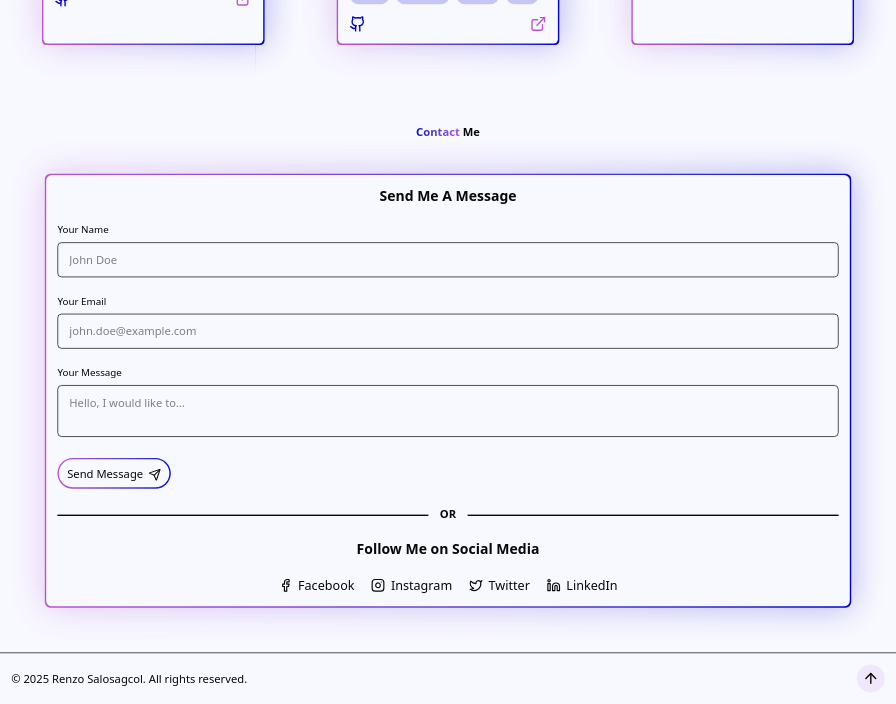
Repository: Renzo-Salosagcol/Updated_Personal_Portfolio
Page: /
An editor plug-in stored every save of this project. The page is shown before and after the next save, followed by the edit.
The browser window is 1280 px wide. The pictures show the part of the page from y = 2553 to 4473 px (the page is 3558 px tall before and 7510 px after), at 70% of full size.
The project was rebuilt for these pictures with package versions that can differ from the ones it lists, and the page was loaded fresh each time. Also part of the build but not shown: vite.config.js, src/pages/NotFound.jsx.

Above is the page before, as saved 2025-11-21 13:24:52.

### index.html
<!doctype html>
<html lang="en">
  <head>
    <meta charset="UTF-8" />
    <link rel="icon" type="image/png" href="/logo_icon.png" />
    <meta name="viewport" content="width=device-width, initial-scale=1.0" />
    <title>Renzo Salosagcol Portfolio</title>
  </head>
  <body>
    <div id="root"></div>
    <script type="module" src="/src/main.jsx"></script>
  </body>
</html>

### src/index.css
@import "tailwindcss";

@theme {
  --color-background: var(--background);
  --color-foreground: var(--foreground);

  --color-primary: var(--primary);
  --color-secondary: var(--secondary);

  --animate-fade-in: fade-in 1s ease-in forwards;
}

@layer base {
  /* Light Theme */
  :root {
    --background: #f8f8ff; /* Ghost White */
    --foreground: #080808; /* Vampire Black */

    --primary: #0000cd; /* Medium Blue */
    --secondary: #ba55d3; /* Medium Orchid */
  }

  /* Dark Theme */
  .dark {
    --background: #080808; /* Vampire Black */
    --foreground: #f8f8ff; /* Ghost White */

    --primary: #ff0800; /* Candy Apple Red */
    --secondary: #fefc22; /* Laser Lemon */
  }

  html {
    @apply scroll-smooth;
  }

  body {
    @apply bg-background text-foreground transition-colors duration-300;
  }
}

@property --gradient-angle {
  syntax: "<angle>";
  initial-value: 0deg;
  inherits: false;
}

@keyframes spin {
  from {
    --gradient-angle: 0deg;
  }
  to {
    --gradient-angle: 360deg;
  }
}

@keyframes fade-in {
  0% {
    opacity: 0;
    transform: translateY(20px);
  }
  100% {
    opacity: 1;
    transform: translateY(0);
  }
}

@utility container {
  margin-inline: auto;
  padding-inline: 1rem;
}

@utility gradient-card {
  @apply relative mx-auto flex h-full w-full max-w-fit items-center justify-center
  rounded-md bg-linear-to-l from-primary to-secondary p-0.5 before:gradient-card-shadow;
}

@utility gradient-card-inner {
  @apply relative h-full w-full overflow-hidden p-4 bg-background rounded-[inherit];
}

@utility gradient-card-shadow {
  @apply absolute top-1/2 left-1/2 -z-1 h-full w-full -translate-x-1/2 -translate-y-1/2 rounded-md
  bg-linear-to-l from-primary to-secondary p-4;
  filter: blur(1.5rem);
  opacity: 0.3;
}

@utility gradient-button {
  @apply relative h-full w-full max-w-fit p-0.5 items-center justify-center
  bg-linear-to-l from-primary to-secondary rounded-full;
}

@utility gradient-button-inner {
  @apply relative h-full w-full p-1 rounded-[inherit] bg-background;
}

@utility gradient-text {
  @apply text-transparent bg-clip-text bg-gradient-to-r from-primary to-secondary transition-colors duration-300;
}

@utility gradient-icon {
  @apply bg-gradient-to-r from-primary to-secondary text-transparent;
}

@utility glassmorphism {
  @apply bg-background/30 backdrop-blur-lg
}

### src/App.jsx
import { BrowserRouter, Routes, Route } from "react-router-dom"
import { Home } from "./pages/Home"
import { NotFound } from "./pages/NotFound"

function App() {
  return (
    <BrowserRouter>
      <Routes>
        <Route path="/" element={<Home />} />
        <Route path="*" element={<NotFound />} />
      </Routes>
    </BrowserRouter>
  )
}

export default App

### src/pages/Home.jsx
import { Background } from "../components/Background"
import { Navbar } from "../components/Navbar"
import { Hero } from "../components/Hero"
import { About } from "../components/About"
import { Projects } from "../components/Projects"
import { Contact } from "../components/Contact"
import { Footer } from "../components/Footer"

export const Home = () => {
  return (
    <div id="home" className="w-full h-screen">
      {/* Background */}
      <Background />


      {/* Navbar */}
      <Navbar />

      {/* Main */}
      <Hero />
      <About />
      <Projects />
      <Contact />

      {/* Footer */}
      <Footer />
    </div>
  )
}

### src/components/Background.jsx


export const Background = () => {
  return (
    <div className="fixed inset-0 overflow-hidden pointer-events-none -z-40 bg-background w-screen h-screen">
    </div>
  )
}

### src/components/Navbar.jsx
import { ThemeToggle } from './ThemeToggle'

const items = [
  { name: 'Home', href: '#home' },
  { name: 'About', href: '#about' },
  { name: 'Projects', href: '#projects' },
  { name: 'Contact', href: '#contact' },
]

export const Navbar = () => {
  return (
    <nav className="fixed top-0 left-0 w-full p-1 flex items-center justify-between glassmorphism z-40 text-sm md:text-md text-foreground">
      <a href="#home" className="p-2"><span className="gradient-text">Renzo Salosagcol</span> Portfolio</a>
      <ul className="flex gap-6 p-2">
        {items.map(item => (
          <li key={item.name}
            className="hover:gradient-text transition-all duration-300 relative hover:gradient-card">
            <a href={item.href}>{item.name}</a>
          </li>
        ))}
        <li><ThemeToggle /></li>
      </ul>
    </nav>
  )
}

### src/components/Hero.jsx

export const Hero = () => {
  return (
    <main className="relative min-h-screen flex items-center justify-center max-w-10/12 rounded-md container z-0">
      <div className="gradient-card opacity-0 animate-fade-in">
        <div className="gradient-card-inner flex flex-cols md:flex-rows items-center gap-6 rounded-md bg-background">
          <div className="container flex flex-col gap-1">
            <h1 className="text-lg md:text-xl lg:text-2xl">
              <span className="gradient-text">Hello! </span>
              My Name is
              <span className="gradient-text"> Renzo Salosagcol</span>
            </h1>
            <h1 className="text-lg md:text-xl lg:text-2xl">I am a <span className="gradient-text">Full-Stack Web Developer</span></h1>
            <h3 className="w-md md:w-lg lg:w-xl text-sm">
              <span className="font-bold">Problem solving</span> and
              <span className="font-bold"> critical thinking </span>
              are some of my favorite and most rewarding activities. Coding is a way for me to express my creativity and bring ideas to life while consistently approaching and adapting to new challenges.
            </h3>
            <h3 className="w-md md:w-lg lg:w-xl text-sm">Want to learn more about me?
              <span className="gradient-text"> Click on the button</span> below or
              <span className="gradient-text"> keep scrolling</span> to learn more!
            </h3>
            <a
              href="#about"
              className="mt-4 inline-block text-center active:scale-[1.05]"
            >
              <button className="gradient-button cursor-pointer">
                <div className="gradient-button-inner hover:gradient-text active:scale-[1.05] active:bg-background">
                  <h5 className="text-foreground p-2 py-1 hover:text-background">Learn more...</h5>
                </div>
              </button>
            </a>
          </div>
          <div>
            <img
            src="../../headshot.jpeg"
            alt="Headshot Photo"
            className="rounded-md w-64 h-64 object-cover"
            />
          </div>
      </div>
      </div>
    </main>
  )
}

### src/components/About.jsx
import { GraduationCap, Briefcase, User } from "lucide-react"

const categories = [
  {
    name: "Education",
    icon: GraduationCap,
    experiences: [{
      location: "California State University, Fullerton",
      role: "Bachelor of Science in Computer Science",
      period: "2023 - 2025",
      description: "Pursued a Bachelor's degree in Computer Science with a focus on Full-Stack Web Development. " +
      "Graduated in May 2025 with a strong foundation in software development principles and practices.",
    },
    {
      location: "Orange Coast College",
      role: "Transfer to CSU Fullerton for Computer Science",
      period: "2019 - 2023",
      description: "Began my college journey in 2019 as a Nursing Major before switching to Computer Science in 2021. " +
      "Completed my general education courses and major prerequisites to transfer to CSU Fullerton.",
    }]
  },
  {
    name: "Work Experience",
    icon: Briefcase,
    experiences: [ {
      location: "Gucci, Gucci Americas Inc.",
      role: "Operations Controller",
      period: "2024 - Present",
      description: "Oversees stockroom accuracy & inventory integrity. " +
      "Executes shipping, receiving, transfers, repairs, damages. " +
      "Conducts cycle counts; reconciles variances promptly. " +
      "Maintains compliance docs & security procedures. " +
      "Resolves operational, service & facility issues fast. " +
      "Orders supplies; supports boutique upkeep. " +
      "Champions Gucci values & premium client standards. " +
      "Drives process improvement via cross-team collaboration.",
    },
    {
      location: "EOS Fitness, Fitness Alliance LLC",
      role: "Service Associate",
      period: "2024",
      description: "Creates loyal lifelong member fans; upbeat, welcoming. " +
      "Hosts front desk; greets & directs members/guests. " +
      "Answers inquiries; resolves concerns professionally. " +
      "Processes check-ins, payments, alerts promptly. " +
      "Maintains clean, stocked desk & facility walks. " +
      "Monitors cooler/bar inventory & tracks sales. " +
      "Supports safety protocols & policy compliance. " +
      "Uses MS Office & club systems; multitasks fast. " +
      "Problem-solving, organized, optimistic, team focus. " +
      "Adapts schedule; evenings/weekends/holidays. " +
      "CPR within 30 days; attends mandatory training. " +
      "Lifts 40+ lbs; routine bending; system data entry. " +
      "Enjoys growth perks: free membership + guest. " +
      "Access to training, discounts, referral bonuses. " +
      "Benefits: health, vision, dental, EAP, 401k match.",
    },
    {
      location: "Louis Vuitton, Moët Hennessy Louis Vuitton SE",
      role: "Operations Associate",
      period: "2021 - 2023",
      description: "Secures organized stock, inventory accuracy, flow. " +
      "Supports client service with rapid BOH solutions. " +
      "Handles repairs, after sales & alterations. " +
      "Maintains facilities, systems, compliance, policy. " +
      "Supports financial processes & documentation. " +
      "Ensures adherence to brand standards & procedures. " +
      "Problem-solving, proactive, detail-focused. " +
      "Organized; drives continuous improvement. " +
      "Leverages training; pursues luxury ops career growth. " +
      "Embraces inclusive culture & brand heritage.",
    }]
  }
  // {
  //   name: "Personal",
  //   icon: User,
  //   experiences: [{
  //     location: "Gucci Americas Inc.",
  //     role: "Operations Associate",
  //     period: "2024 - Present",
  //     description: "I have 5 years of experience in software development.",
  //   }]
  // }
]

export const About = () => {
  return (
    <section id="about" className="relative min-h-screen py-12">
      <div className="flex items-center justify-center mb-12">
        <h1 className="font-bold"><span className="gradient-text">About </span> Me</h1>
      </div>
      <div className=" mx-auto max-w-6xl rounded-lg p-4 grid-cols-1 gap-6">
        {categories.map((category, index) => (
          <div className="gradient-card mb-6 animate-fade-in" key={index}>
            <div className="gradient-card-inner container flex flex-cols md:flex-rows rounded-md bg-background gap-6">
              <div>
                <div className="flex flex-row items-left gap-2 mb-2">
                  <category.icon className="" size={30}/>
                  <h2 className="font-bold text-xl gradient-text max-w-fit">{category.name}</h2>
                </div>
                <div>
                  {category.experiences.map((experience, index) => (
                    <div key={index} className="pt-3">
                      <h4 className="items-left font-bold">{experience.location}</h4>
                      <div className="flex flex-row justify-between">
                        <h4 className="font-semibold">{experience.role}</h4>
                        <h4 className="font-semibold">{experience.period}</h4>
                      </div>
                      <p className="">{experience.description}</p>
                    </div>
                  ))}
                </div>
              </div>
            </div>
          </div>
        ))}
      </div>
    </section>
  )
}

### src/components/Projects.jsx
import { GithubIcon, ExternalLink } from "lucide-react"

const project_info = [
  {
    id: 1,
    title: "Guild Table",
    description: "Guild Table is a unified web platform for D&D Dungeon Masters, consolidating character sheets, inventory, maps, notes, and collaborative tools into one interface." + "It provides a synchronized virtual tabletop for all players, simplifying remote session management and organization. " + "Linked notes and map generation streamline preparation and enhance the online play experience.",
    image: "../../dnd_banner.jpg",
    badges: ["Svelte", "TailwindCSS", "MongoDB", "Express"],
    github_link: "https://github.com/keillor/Guild-Table.git",
    external_link: ""
  },
  {
    id: 2,
    title: "Yap Sessions",
    description: "Yap Sessions is a secure, real-time WebSocket chat application for team communication. " +
    "It provides end-to-end encryption (client-side message encryption; only encrypted blobs stored), hashed credential-based login & registration, presence & typing indicators, emojis, file uploads, auto-reconnect with heartbeat/ping, uptime monitoring, and basic rate limiting, backed by Neon (PostgreSQL) and hosted on Render. " +
    "AI assistance was used for error checking, optimization, and styling.",
    image: "../../yap_sessions.jpg",
    badges: ["NextJS", "ExpressJS", "HTML5", "CSS3"],
    github_link: "https://github.com/Renzo-Salosagcol/Web-Socket-Communication.git",
    external_link: "https://web-socket-communication.onrender.com/"
  },
  {
    id: 3,
    title: "Coming Soon",
    description: "Continuous improvement and development of new projects is underway. Stay tuned for exciting updates and releases in the near future!",
    image: "../../coming_soon.jpg",
    badges: [],
    github_link: "",
    external_link: ""
  }
]

export const Projects = () => {
  return (
    <section id="projects" className="relative min-h-screen py-12 flex flex-col justify-center">
      <div className="flex items-center justify-center mb-12">
        <h1 className="font-bold">My <span className="gradient-text">Projects</span></h1>
      </div>
      <div className="px-5 w-full grid grid-cols-1 md:grid-cols-2 lg:grid-cols-3 gap-6">
        {project_info.map((project) => (
          <div key={project.id} className="gradient-card max-w-8/10 h-full">
            <div className="gradient-card-inner">
              <img src={project.image} alt={project.title} className="aspect-2/1 object-cover mb-4 rounded-[inherit]" />
              <h2 className="font-bold text-xl mb-2">{project.title}</h2>
              <p className="text-muted-foreground mb-4">{project.description}</p>
              <div className="flex flex-wrap gap-2 mb-4">
                {project.badges.map((badge, index) => (
                  <span key={index} className="bg-primary/20 text-primary px-2 py-1 rounded-full text-sm">{badge}</span>
                ))}
              </div>
              <div className="flex items-center justify-between">
                <a href={project.github_link} target="_blank" rel="noopener noreferrer" className="text-primary hover:underline transition-colors duration-300"><GithubIcon /></a>
                <a href={project.external_link} target="_blank" rel="noopener noreferrer" className="text-secondary hover:underline transition-colors duration-300"><ExternalLink /></a>
              </div>
            </div>
          </div>
        ))}
      </div>
    </section>
  )
}

### src/components/Contact.jsx
import { Facebook, Instagram, Twitter, Linkedin, Send } from "lucide-react"
import { useState } from "react"
import React, { useRef } from 'react';
import emailjs from '@emailjs/browser';

const SOCIAL_MEDIA = [
  { name: "Facebook", icon: Facebook, link: "https://www.facebook.com/renzo.salosagcol/" },
  { name: "Instagram", icon: Instagram, link: "https://www.instagram.com/renzosalosagcol/" },
  { name: "Twitter", icon: Twitter, link: "" },
  { name: "LinkedIn", icon: Linkedin, link: "https://www.linkedin.com/in/renzo-salosagcol" },
]

export const Contact = () => {
  const [isSubmitting, setIsSubmitting] = useState(false)
  const form = useRef();

  const handleSubmit = (e) => {
    e.preventDefault()

    setIsSubmitting(true)

    setTimeout(() => {
      emailjs
      .sendForm('service_ty07dz8', 'template_qie54mn', form.current, {
        publicKey: 'ccSugwwpEdgekTna8',
      })
      .then(
        () => {
          alert('SUCCESS! Your message has been sent.');
        },
        (error) => {
          console.log('FAILED...', error.text);
        },
      );
      setIsSubmitting(false)
    }, 1500)
  }
  return (
    <section id="contact" className="relative min-h-screen py-12 m-4 flex flex-col justify-center">
      <div className="flex items-center justify-center mb-12">
        <h1 className="font-bold"><span className="gradient-text">Contact </span>Me</h1>
      </div>
      <div className=" mx-auto max-w-6xl rounded-lg gradient-card">
        <div className="gradient-card-inner flex flex-col items-center gap-6">
          <div className="flex flex-col items-center gap-6 w-full">
            <h2 className="text-xl font-semibold">Send Me A Message</h2>
            <form className="space-y-6 w-full items-center justify-center" ref={form} onSubmit={handleSubmit}>
              <div className="w-full">
                <label htmlFor="name" className="block text-sm font-medium mb-2 text-left">Your Name</label>
                <input
                  type="text"
                  id="name"
                  name="name"
                  required
                  className="w-full px-4 py-3 rounded-md border border-input bg-background focus:outline-hidden focus:ring-2 focus:ring-primary"
                  placeholder="John Doe"
                />
              </div>
              <div>
                <label htmlFor="email" className="block text-sm font-medium mb-2">Your Email</label>
                <input
                  type="email"
                  id="email"
                  name="email"
                  required
                  className="w-full px-4 py-3 rounded-md border border-input bg-background focus:outline-hidden focus:ring-2 focus:ring-primary"
                  placeholder="john.doe@example.com"
                />
              </div>
              <div>
                <label htmlFor="message" className="block text-sm font-medium mb-2">Your Message</label>
                <textarea
                  id="message"
                  name="message"
                  required
                  className="w-full px-4 py-3 rounded-md border border-input bg-background focus:outline-hidden focus:ring-2 focus:ring-primary resize-none"
                  placeholder="Hello, I would like to..."
                />
              </div>
              <div className="w-full items-center">
                <button
                type="submit"
                disabled={isSubmitting}
                className="gradient-button cursor-pointer w-full active:scale-[1.05]"
                onClick={handleSubmit}
                >
                  <div className="gradient-button-inner hover:gradient-text">
                    <h5 className="text-foreground p-2 py-1 hover:text-background inline-flex items-center gap-2">
                      {isSubmitting ? "Sending..." : "Send Message"}
                      <Send size={18} className="mt-1"/>
                    </h5>
                  </div>
                </button>
              </div>
            </form>
          </div>
          <div className="w-full items-center">
            <h2 className="flex flex-row items-center gap-4 w-full justify-center font-semibold">
              <div className="bg-foreground h-0.5 w-full mt-1"> </div>
              OR
              <div className="bg-foreground h-0.5 w-full mt-1"> </div>
            </h2>
          </div>
          <div className="flex flex-col items-center gap-6">
            <h2 className="text-xl font-semibold">Follow Me on Social Media</h2>
            <ul className="flex xs:flex-col lg:flex-row gap-6 text-lg items-left">
              {SOCIAL_MEDIA.map((platform) => (
                <li key={platform.name}>
                  <a href={platform.link} target="_blank" rel="noopener noreferrer" className="flex flex-row items-left gap-2">
                    <platform.icon size={20} className="mt-1"/> {platform.name}
                  </a>
                </li>
              ))}
            </ul>
          </div>

        </div>
      </div>
    </section>
  )
}

### src/components/Footer.jsx
import { ArrowUp } from "lucide-react"

export const Footer = () => {
  return (
    <footer className=" bg-background relative border-t border-border p-4 flex flex-wrap justify-between items-center">
      <p className="text-small text-muted-foreground"> &copy; {new Date().getFullYear()} Renzo Salosagcol. All rights reserved.</p>
      <a href="#home" className="p-2 rounded-full bg-secondary/10 hover:bg-primary/20 text-foreground transition-colors"> <ArrowUp /></a>
    </footer>
  )
}

### src/components/ThemeToggle.jsx
import { useState, useEffect } from "react"
import { Sun, Moon } from "lucide-react"

export const ThemeToggle = () => {
  const [isDark, setIsDark] = useState(false)

  useEffect(() => {
    const theme = localStorage.getItem("theme")
    if (theme) {
      setIsDark(theme === "dark")
      document.documentElement.classList.toggle("dark", theme === "dark")
    }
  }, [])

  const toggleTheme = () => {
    setIsDark(!isDark)
    document.documentElement.classList.toggle("dark", !isDark)
    localStorage.setItem("theme", !isDark ? "dark" : "light")
  }

  return (
    <button
      onClick={toggleTheme}
      className="max-sm:hidden p-1 z-50 rounded-full transition-color duration-300 focus:outline-hidden hover:cursor-pointer"
    >
      {isDark ? (
        <Sun className="h-4 w-4 text-yellow-300" />
      ) : (
        <Moon className="h-4 w-4 text-blue-900" />
      )}
    </button>

  )
}

Loaded but not shown: src/main.jsx (common file)

After the next save:
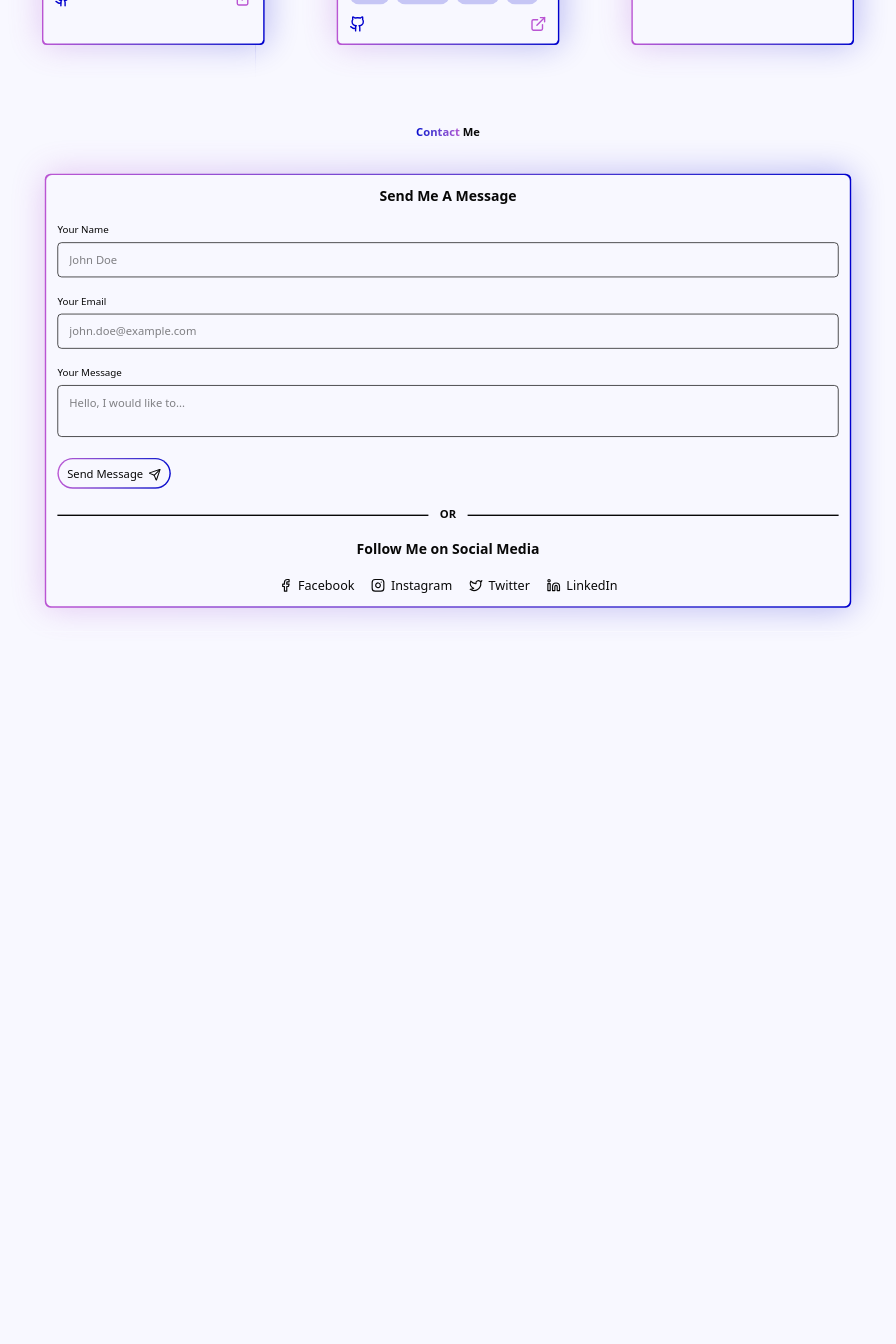
Saved 30 s later.
--- a/src/components/Contact.jsx
+++ b/src/components/Contact.jsx
@@ -36,7 +36,7 @@ export const Contact = () => {
     }, 1500)
   }
   return (
-    <section id="contact" className="relative min-h-screen py-12 m-4 flex flex-col justify-center">
+    <section id="contact" className="relative min-h-screen py-12 pb-1000 m-4 flex flex-col justify-center">
       <div className="flex items-center justify-center mb-12">
         <h1 className="font-bold"><span className="gradient-text">Contact </span>Me</h1>
       </div>
